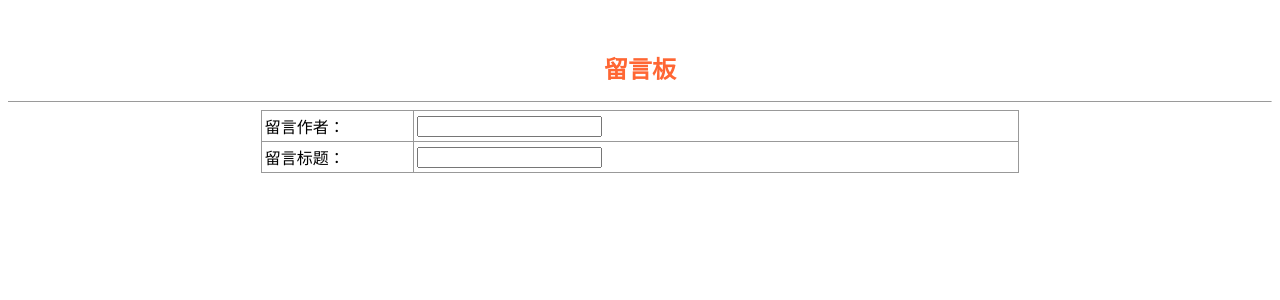
Repository: frankstar007/java
Page: http://localhost/CommentBoard/comment1.jsp
An editor plug-in stored every save of this project. The page is shown before and after the next save, followed by the edit.
The browser window is 1280 px wide. The pictures show the whole page.
The page is served by Tomcat 9. Other server files are loaded and not shown.

Above is the page before, as saved 2016-05-12 08:59:01.

### CommentBoard/WebContent/comment1.jsp
<%@ page language="java" contentType="text/html; charset=UTF-8"
    pageEncoding="UTF-8"%>
    <%
    	String temp = new String();
    	temp = (String) application.getAttribute("num");
    	if (temp == null) {
    		application.setAttribute("num", "0");
    	}
    %>
<!DOCTYPE html PUBLIC "-//W3C//DTD HTML 4.01 Transitional//EN" "http://www.w3.org/TR/html4/loose.dtd">
<html>
<head>
<meta http-equiv="Content-Type" content="text/html; charset=UTF-8">
<title>留言板</title>
</head>
<body bgcolor="#FFFFFF" text="#000000">
<p>&nbsp;</p>
<p align="center">
<b><font size="5" color="#FF6633">留言板</font></b></p>
<hr size="1">
	<form name="form1" method="post" action="comment2.jsp">
		<table width="60%" border="0" cellspacing="1" cellpadding="3"
			align="center" bgcolor="#999999">
			<tr bgcolor="#FFFFFF">
				<td width="20%">留言作者：</td>
				<td width="80%">
					<input type="text" name="txtaut">
				</td>
			</tr>
			<tr bgcolor="#FFFFFF">
				<td width="20%">留言标题：</td>
				<td width="80%">
					<input type="text" name="txttit">
				</td>
			</tr>
		</table>

	</form>

</body>
</html>

After the next save:
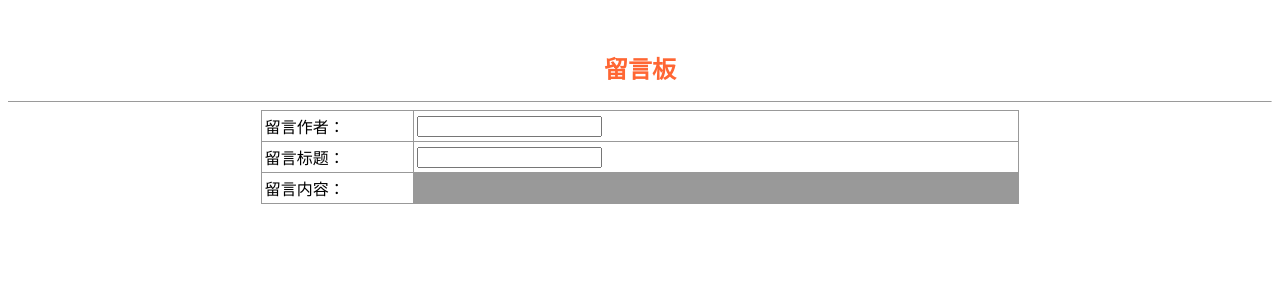
Saved 44 s later.
--- a/CommentBoard/WebContent/comment1.jsp
+++ b/CommentBoard/WebContent/comment1.jsp
@@ -33,6 +33,8 @@
 					<input type="text" name="txttit">
 				</td>
 			</tr>
+			<tr bgcolor="#FFFFFF">
+				<td width="20%">留言内容：</td>
 		</table>
 
 	</form>
